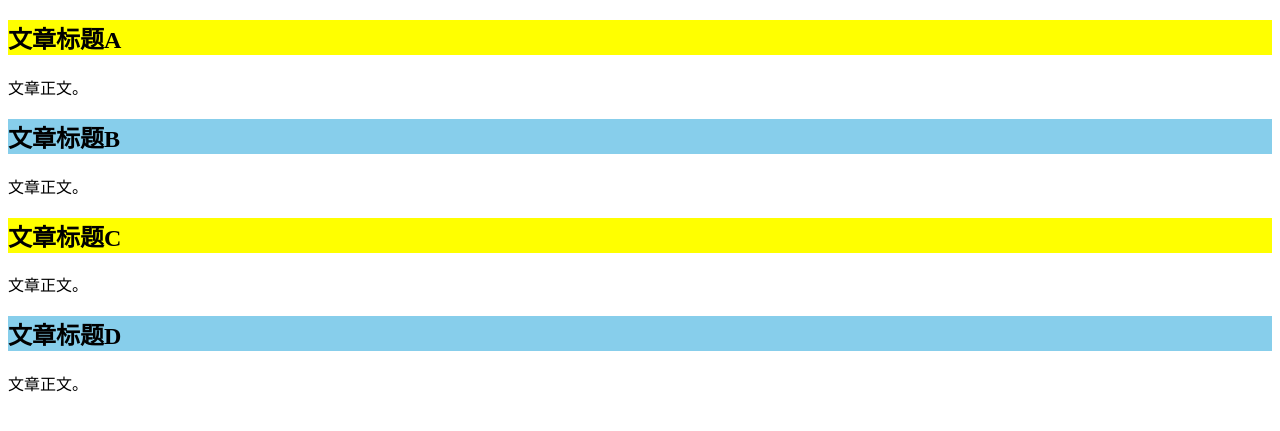
Repository: zdsherlock/HtmlCssLearn
Page: CSS/test-attSelect/index4.html
An editor plug-in stored every save of this project. The page is shown before and after the next save, followed by the edit.
The browser window is 1280 px wide. The pictures show the whole page.

Above is the page before, as saved 2021-05-07 20:19:08.

### CSS/test-attSelect/index4.html
<!DOCTYPE html>
<html lang="en">
<head>
    <meta charset="UTF-8">
    <meta http-equiv="X-UA-Compatible" content="IE=edge">
    <meta name="viewport" content="width=device-width, initial-scale=1.0">
    <title>Document</title>
    <style>
        h2:nth-child(odd){
            background-color: yellow;
        }
        h2:nth-of-type(even){
            background-color: skyblue;
        }
    </style>
</head>
<body>
    <h2>文章标题A</h2>
    <p>文章正文。</p>
    <h2>文章标题B</h2>
    <p>文章正文。</p>
    <h2>文章标题C</h2>
    <p>文章正文。</p>
    <h2>文章标题D</h2>
    <p>文章正文。</p>
</body>
</html>

After the next save:
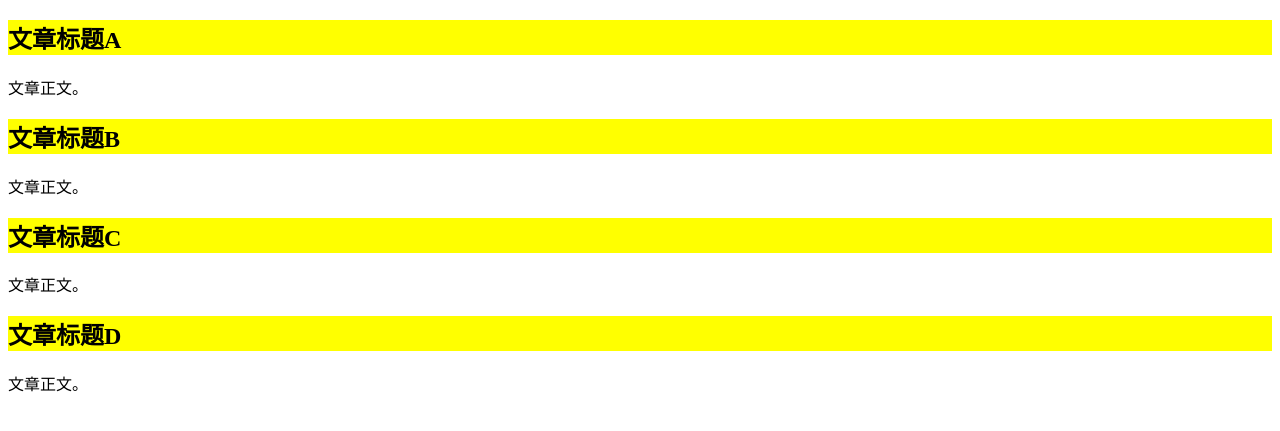
Saved 10 s later.
--- a/CSS/test-attSelect/index4.html
+++ b/CSS/test-attSelect/index4.html
@@ -9,7 +9,7 @@
         h2:nth-child(odd){
             background-color: yellow;
         }
-        h2:nth-of-type(even){
+        h2:nth-child(even){
             background-color: skyblue;
         }
     </style>
